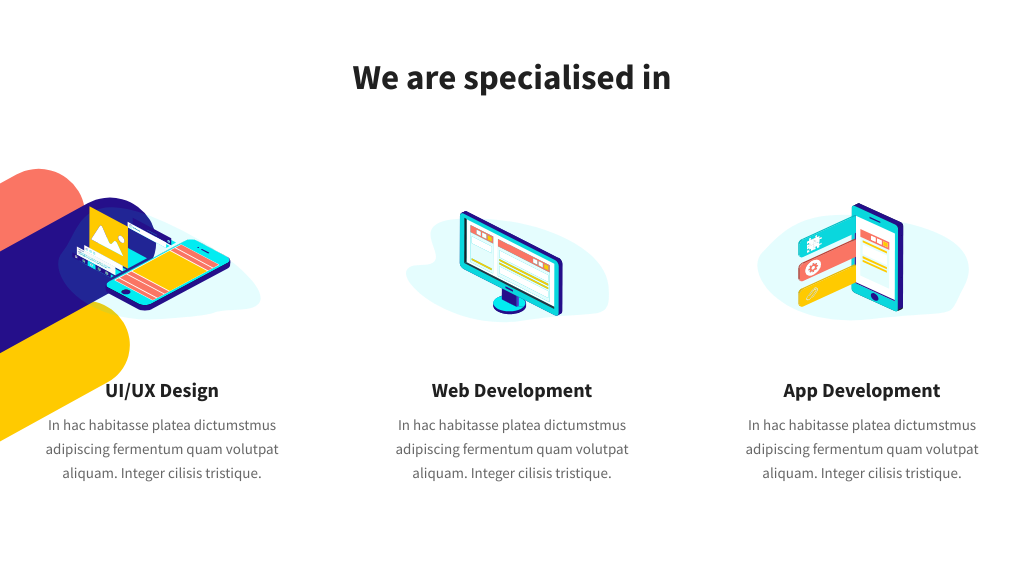
Repository: advert31337/marafon_from0to1_MartaUP
Page: index.html
An editor plug-in stored every save of this project. The page is shown before and after the next save, followed by the edit.
The browser window is 1024 px wide. The pictures show the part of the page from y = 793 to 1371 px (the page is 1371 px tall).

Above is the page before, as saved 2020-03-08 15:18:31.

### index.html
<!DOCTYPE html>
<html lang="en">

<head>
    <meta charset="UTF-8">
    <meta name="viewport" content="width=device-width, initial-scale=1.0">
    <title>Marafon MartaUP</title>
    <link href="https://fonts.googleapis.com/css?family=Source+Sans+Pro:400,600,700&display=swap" rel="stylesheet">
    <link rel="stylesheet" href="css/reset.css">
    <link rel="stylesheet" href="css/slick.css">
    <link rel="stylesheet" href="css/style.css">
</head>

<body>
    <header class="header">

        <div class="container">
            <div class="header__top">

                <div class="logo">
                    <a href="#!">+
                        <img src="images/logo.svg" alt="">
                    </a>
                </div>

                <nav class="menu">
                    <div class="menu__btn">
                        <span>

                        </span>
                    </div>
                    <ul class="menu__list">
                        <li><a class="menu__list-item" href="#">home</a></li>
                        <li><a class="menu__list-item" href="#">work</a></li>
                        <li><a class="menu__list-item" href="#">about</a></li>
                        <li><a class="menu__list-item" href="#">contact</a></li>
                    </ul>
                </nav>

                <div class="header-btn">
                    <a class="login" href="#">login</a>
                    <a class="sign-up" href="#">sign up</a>
                </div>

            </div>

            <div class="header-slider">
                <div class="header-slider__item">
                    <div class="header-slider__item-content">

                        <div class="header-slider__item-info">
                            <h3 class="header-slider__title">
                                We Build Apps & Websites
                                for Your Business
                            </h3>
                            <div class="header-slider__description">
                                For startups, For businesses & For you
                            </div>
                            <a href="" class="header-slider__btn">Request a quote</a>
                        </div>

                        <div class="header-slider__item-images">
                            <img src="images/slider-img.png" alt="">
                        </div>
                    </div>
                </div>


                <div class="header-slider__item">
                    <div class="header-slider__item-content">

                        <div class="header-slider__item-info">
                            <h3 class="header-slider__title">
                                We Build Apps & Websites
                                for Your Business
                            </h3>
                            <div class="header-slider__description">
                                For startups, For businesses & For you
                            </div>
                            <a href="" class="header-slider__btn">Request a quote</a>
                        </div>

                        <div class="header-slider__item-images">
                            <img src="images/slider-img.png" alt="">
                        </div>
                    </div>
                </div>


                <div class="header-slider__item">
                    <div class="header-slider__item-content">

                        <div class="header-slider__item-info">
                            <h3 class="header-slider__title">
                                We Build Apps & Websites
                                for Your Business
                            </h3>
                            <div class="header-slider__description">
                                For startups, For businesses & For you
                            </div>
                            <a href="" class="header-slider__btn">Request a quote</a>
                        </div>

                        <div class="header-slider__item-images">
                            <img src="images/slider-img.png" alt="">
                        </div>
                    </div>
                </div>


                <div class="header-slider__item">
                    <div class="header-slider__item-content">

                        <div class="header-slider__item-info">
                            <h3 class="header-slider__title">
                                We Build Apps & Websites
                                for Your Business
                            </h3>
                            <div class="header-slider__description">
                                For startups, For businesses & For you
                            </div>
                            <a href="" class="header-slider__btn">Request a quote</a>
                        </div>

                        <div class="header-slider__item-images">
                            <img src="images/slider-img.png" alt="">
                        </div>
                    </div>
                </div>


                <div class="header-slider__item">
                    <div class="header-slider__item-content">

                        <div class="header-slider__item-info">
                            <h3 class="header-slider__title">
                                We Build Apps & Websites
                                for Your Business
                            </h3>
                            <div class="header-slider__description">
                                For startups, For businesses & For you
                            </div>
                            <a href="" class="header-slider__btn">Request a quote</a>
                        </div>

                        <div class="header-slider__item-images">
                            <img src="images/slider-img.png" alt="">
                        </div>
                    </div>
                </div>
            </div>

        </div>

    </header>

    <section class="specialised">
        <div class="container">
            <div class="specialised__title title">
                We are specialised in
            </div>
            <div class="specialised__items">
                <div class="specialised__item">
                    <div class="specialised__item-img">
                        <img src="images/specialise-1.svg" alt="">
                    </div>

                    <div class="specialise__item-title">
                        UI/UX Design
                    </div>
                    <div class="specialise__item-text">
                        In hac habitasse platea dictumstmus adipiscing fermentum quam volutpat aliquam. Integer cilisis tristique.
                    </div>
                </div>
                <div class="specialised__item">
                    <div class="specialised__item-img">
                        <img src="images/specialise-2.svg" alt="">
                    </div>
                    <div class="specialise__item-title">
                        Web Development
                    </div>
                    <div class="specialise__item-text">
                        In hac habitasse platea dictumstmus adipiscing fermentum quam volutpat aliquam. Integer cilisis tristique.
                    </div>
                </div>
                <div class="specialised__item">
                    <div class="specialised__item-img">
                        <img src="images/specialise-3.svg" alt="">
                    </div>
                    <div class="specialise__item-title">
                        App Development
                    </div>
                    <div class="specialise__item-text">
                        In hac habitasse platea dictumstmus adipiscing fermentum quam volutpat aliquam. Integer cilisis tristique.
                    </div>
                </div>
            </div>
        </div>
    </section>

    <!-- <section class="advantages">
        <div class="container">

            <div class="advantages-box">
                <div class="advantages-box__info">
                    <div class="advantages-box__title">
                        Experienced Designers & Developers
                    </div>
                    <div class="advantages-box__text">
                        <p>
                            Nam dapibus nisl vitae elit fringilla rutrum. Aenean sollicitudin, erat a elementum rutrum, neque sem pretium metus, quis mollis nisl nunc et massa.
                        </p>
                        <p>
                            Vestibulum sed metus in lorem tristique ullamcorper id vitae erat.
                        </p>
                    </div>
                </div>

                <div class="advantages-box__img">
                    <img src="images/advantages-1.png" alt="">
                </div>
            </div>

            <div class="advantages-box advantages-box--right">
                <div class="advantages-box__info">
                    <div class="advantages-box__title">
                        Information Architect &
                        Visual Prototyping
                    </div>
                    <div class="advantages-box__text">
                        <p>
                            Nam dapibus nisl vitae elit fringilla rutrum. Aenean sollicitudin, erat a elementum rutrum, neque sem pretium metus, quis mollis nisl nunc et massa.
                        </p>
                        <p>
                            Vestibulum sed metus in lorem tristique ullamcorper id vitae erat. Nulla mollis sapien sollicitudin lacinia lacinia. Nam dapibus nisl vitae elit fringilla rutrum. Aenean sollicitudin, erat a elementum rutrum, neque sem pretium metus, quis mollis nisl nunc et massa
                        </p>
                    </div>
                </div>
                <div class="advantages-box__img">
                    <img src="images/advantages-2.png" alt="">
                </div>
            </div>

            <div class="advantages-box">
                <div class="advantages-box__info advantages-box__info--bg">
                    <div class="advantages-box__title">
                        Idea Generation & Foundation
                    </div>
                    <div class="advantages-box__text">
                        <p>
                            Nam dapibus nisl vitae elit fringilla rutrum. Aenean sollicitudin, erat a elementum rutrum, neque sem pretium metus, quis mollis nisl nunc et massa. Nam dapibus nisl vitae elit fringilla rutrum. Aenean sollicitudin, erat a elementum rutrum, neque sem pretium metus, quis mollis nisl nunc et massa    Vestibulum sed metus in lorem tristique ullamcorper id vitae erat. Nulla mollis sapien sollicitudin lacinia lacinia. Nam dapibus nisl vitae elit fringilla rutrum. Aenean sollicitudin, erat a elementum rutrum, neque sem pretium metus, quis mollis nisl nunc et massa
                        </p>
                    </div>
                </div>

                <div class="advantages-box__img">
                    <img src="images/advantages-3.png" alt="">
                </div>
            </div>
        </div>
    </section> -->

    <!-- <section class="reviews">
        <div class="container">
            <div class="reviews__title title">
                Don’t Just Take Our Words
            </div>
            <div class="reviews__items">

                <div class="reviews__item">
                    <div class="reviews__item-head">
                        <img src="images/rev-1.jpg" alt="">
                        <div class="reviews__item-info">
                            <div class="reviews__item-name">
                                Arakat Bank
                            </div>
                            <div class="reviews__item-position">
                                International Bank Ltd.
                            </div>
                        </div>
                    </div>
                    <div class="reviews__item-text">
                        Fusce vehicula dolor arcu, sit amet blandit dolor mollis nec. Donec viverra eleifend lacus, vitae ullamcorper metus. Sed sollicitudin ipsum.
                    </div>
                </div>

                <div class="reviews__item">
                    <div class="reviews__item-head">
                        <img src="images/rev-2.jpg" alt="">
                        <div class="reviews__item-info">
                            <div class="reviews__item-name">
                                Chrsitopher Company Ltd.
                            </div>
                            <div class="reviews__item-position">
                                Design & Development
                            </div>
                        </div>
                    </div>
                    <div class="reviews__item-text">
                        Fusce vehicula dolor arcu, sit amet blandit dolor mollis nec. Donec viverra eleifend lacus, vitae ullamcorper metus. Sed sollicitudin ipsum.
                    </div>
                </div>

                <div class="reviews__item">
                    <div class="reviews__item-head">
                        <img src="images/rev-3.jpg" alt="">
                        <div class="reviews__item-info">
                            <div class="reviews__item-name">
                                Jigsawlab Studio Inc.
                            </div>
                            <div class="reviews__item-position">
                                Interactive Prototyping
                            </div>
                        </div>
                    </div>
                    <div class="reviews__item-text">
                        Fusce vehicula dolor arcu, sit amet blandit dolor mollis nec. Donec viverra eleifend lacus, vitae ullamcorper metus. Sed sollicitudin ipsum.
                    </div>
                </div>

            </div>
        </div>
    </section> -->

    <!-- <footer class="footer">
        <div class="container">
            <div class="footer__inner">
                <div class="footer__link">
                    <a href="#">About Martaup</a>
                    <a href="#">Help</a>
                    <a href="#">Privacy Policy</a>
                </div>
                <div class="footer__copy">
                    © 2013-2018 All rights reserved.
                </div>
            </div>
        </div>
    </footer> -->


    <script src="https://ajax.googleapis.com/ajax/libs/jquery/3.4.1/jquery.min.js"></script>
    <script src="js/slick.min.js"></script>
    <script src="js/main.js"></script>
</body>

</html>

### css/style.css
*{
    box-sizing: border-box;
}

body {
    font-family: 'Source Sans Pro', sans-serif;
    font-size: 15px;
    line-height: 24px;
}

a {
    text-decoration: none;
    color: inherit;
}
.header {
    background-image: url('../images/header-bg.jpg');
    min-height: 793px;
    background-repeat: no-repeat;
    background-size: cover;
    background-position: top center;
}

.container {
    max-width: 1200px;
    margin: 0 auto;
    padding: 0 15px 0 15px;

}

.header__top {
    display: flex;
    justify-content: space-between;
    height: 100px;
    align-items: center;
}

.menu__list {
    display: flex;
}

.menu__list li + li {
    padding-left: 50px;

}

.login {
    margin-right: 44px;
    color: #fff;
    text-transform: uppercase;
    font-weight: 600;
}

.menu__list a{
    opacity: 0.5;
    color: #fff;
    font-weight: 600;
    text-transform: uppercase;
    transition: all 0.5s;
}

.menu__list a:hover {
    opacity: 1;
}

.sign-up {
    text-transform: uppercase;
    color: #250f8a;
    font-weight: 600;
    background-color: #fff;
    padding: 8px 43px;
    border-radius: 20px;

}

.header-slider {
    padding-top: 111px;
}
.header-slider__item {

}
.header-slider__item-content {
    display: flex;
    justify-content: space-between;
}
.header-slider__item-info {
    max-width: 506px;
    color:#fff;
}
.header-slider__title {
    font-weight: 700;
    font-size: 45px;
    line-height: 60px;
    margin-bottom: 10px;
}
.header-slider__description {
    line-height: 55px;
    font-size: 24px;
    margin-bottom: 60px;
}
.header-slider__btn {
    font-weight: 600;
    text-transform: uppercase;
    color: #250F8A;
    padding: 13px 39px;
    background-color: #FFCA00;
    border-radius: 25px;
}
.header-slider__item-images {
    margin: 10px 82px 0 0;
}

.header-dots{
    list-style: none;
    position: absolute;
    right: 0;
    top: 50%;
    transform: translateY(-50%)
}

.header-dots button {
    border: none;
    background-color: #fff;
    opacity: 0.5;
    font-size: 0;
    padding: 0;
    width: 7px;
    height: 7px;
    border-radius: 3.5px;
    cursor: pointer;
    outline: none;
    margin: 10px auto;
    display: block;
}

.header-dots .slick-active button{
    width: 15px;
    opacity: 1;
}

.specialised{
    padding: 55px 0 93px;
    background-image: url(../images/special-bg.svg);
    background-position: left bottom;
    background-repeat: no-repeat;
    color: #202020;
    text-align: center;
}

.specialised__title {
    margin-bottom: 96px;
}
.title {
    font-size: 35px;
    line-height: 45px;
    font-weight: 700;
    text-align: center;
}

.specialised__items {
    display: flex;
    justify-content: space-between;
    max-width: 980px;
    margin: 0 auto;

}
.specialised__item {
    width: 280px;
}
.specialised__item-img {
    margin-bottom: 23px;
    min-height: 159px;
}
.specialise__item-title {
    margin-bottom: 11px;
    font-size: 20px;
    font-weight: 700;
}
.specialise__item-text {
   padding: 0 10px;
   color: #272727;
   opacity: 0.7;
}


.advantages {
    padding-top: 64px;
    background: #f4f9fd;
    background-image: url(../images/advantages-bg.svg);
    background-repeat: no-repeat;
    background-position: center right;
}

.advantages-box {
    display: flex;
    justify-content: space-between;
    padding-bottom: 76px;
}

 .advantages-box--right .advantages-box__info{
    order: 1;
    background-image: url(../images/title-bg-2.svg);
    background-position: 22px 130px;
}
.advantages-box__info {
    max-width: 455px;
    padding-top: 60px;
    background-image: url(../images/title-bg-1.svg);
    background-repeat: no-repeat;
    background-position: 22px 76px;
}

.advantages-box__info--bg{
    background-image: url(../images/title-bg-3.svg);
    background-position: 5px 105px;
}


.advantages-box__title {
    color: #202020;
    font-size: 35px;
    line-height: 45px;
    font-weight: 700;
    padding: 68px 0 15px 48px;

}
.advantages-box__text {
    padding-left: 48px;
    color: #272727;
}

.advantages-box__text p{
    margin: 12px 0;
}


.reviews {
    background-image: url(../images/reviews-bg.jpg);
    background-repeat: no-repeat;
    background-position: top center;
    background-size: cover;
    padding: 38px 53px;
}

.reviews__title {
    color: #fff;
    margin: 0 auto 48px;
    max-width: 384px;
}
.reviews__items {
    max-width: 940px;
    margin: 0 auto;
    display: flex;
    justify-content: space-between;
}
.reviews__item {
    width: 300px;
    border-radius: 5px;
    background-color: rgba(255, 255, 255, .2);
    padding: 35px 20px;
    color: #fff;
}
.reviews__item-head {
    margin-bottom: 13px;
    display: flex;
}

.reviews__item-head img{
    border-radius: 50%;
    margin-right: 20px;
}

.reviews__item-name {
    font-weight: 600;
}
.reviews__item-position {
    opacity: .5;
}
.reviews__item-text {
    text-align: center;
    padding-top: 39px;
    position: relative;
}

.reviews__item-text::before{
    content: "“";
    font-size: 40px;
    line-height: 55px;
    font-weight: 700;
    position: absolute;
    top: 0;
    left: 0;
    right: 0;
}

.footer{

}

.footer__inner {
    display: flex;
    justify-content: space-between;
    align-items: center;
    height: 61px;
    color: #272727;
    padding: 0 40px;
}
.footer__link a + a {
    margin-left: 20px;
}

@media (max-width: 1190px){
    .header-slider__item-images{
        margin: 50px 20px 0 0;
    }
    .header-slider__item-images img{
        width: 80%;
    }
    .header-slider__item-info{
        padding: 50px 0;
    }

    .header-slider{
        padding-top: 25px;
    }
}


@media (max-width: 924px){
    .header__top{
        flex-wrap: wrap;
    }

    .header-btn{
        width: 100%;
        text-align: right;
    }

    .login{
        margin-right: 30px;
    }

}

@media (max-width: 900px){
    .header-slider__item-images{
        display: none;
    }
}


@media (max-width: 570px) {
    .menu__list{
        display: none;
        position: absolute;
        top: 120px;
        left: 0;
        text-align: center;
        width: 100%;
        background-color: #1a50a8;
        z-index: 5;
    }

    .menu__list li + li{
        padding-left: 0;
    }

    .menu__list a{
        display: block;
        padding: 10px;
    }

    .menu__btn{
        width: 30px;
        height: 20px;
        position: relative;

    }

    .menu__btn span{
        width: 100%;
        height: 2px;
        background-color: #fff;
        top:9px;
        position: absolute;
    }

    .menu__btn::after,
    .menu__btn::before{
        content: "";
        height: 2px;
        width: 100%;
        background-color: #fff;
        position: absolute;
    }

    .menu__btn::after{
        top: 0;
    }

    .menu__btn::before{
        bottom: 0;
    }

    .header-slider__item-info{
        padding: 10px 30px 10px 0;
    }

    .header{
        min-height: 580px;
    }

    .header-slider__description{
        margin-bottom: 20px;
        font-size: 20px;
        line-height: 35px;
    }

    .header-slider__title{

        font-size: 35px;
        line-height: 45px;

    }



}

@media (min-width: 570px){
    .menu__list{
        display: flex !important;
    }

}

### js/main.js
$(function(){
    $('.header-slider').slick({
        arrows: false,
        vertical: true,
        dots: true,
        dotsClass: 'header-dots',
        autoplay: 2000,

    })

    $('.menu__btn').on('click', function(){
        $('.menu__list').slideToggle()
    })
})

Loaded but not shown: css/reset.css (common file); css/slick.css (common file); js/slick.min.js (library)

After the next save:
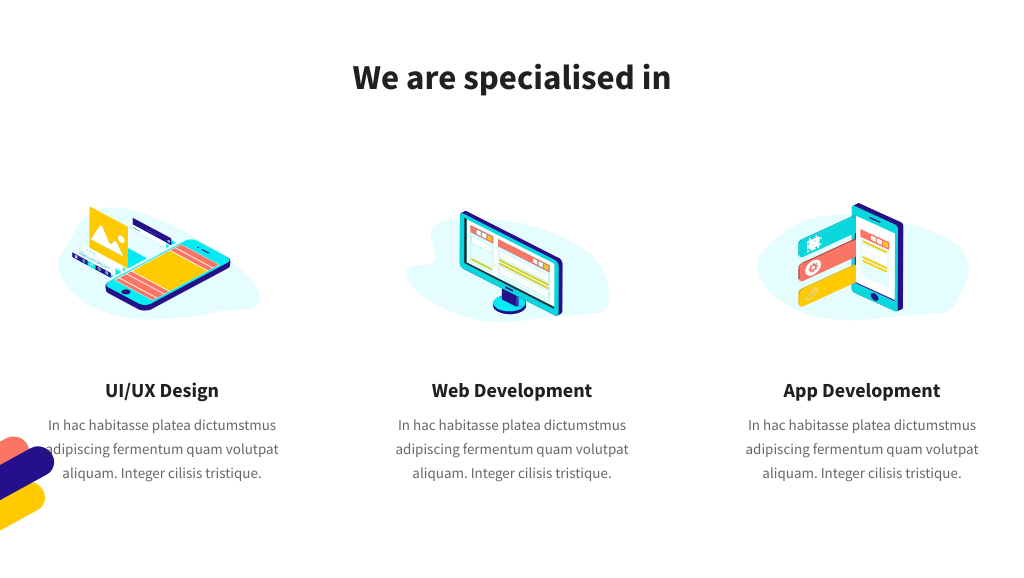
Saved 2 min 41 s later.
--- a/css/style.css
+++ b/css/style.css
@@ -308,6 +308,15 @@ a {
     margin-left: 20px;
 }
 
+
+
+
+@media (max-width: 1201px){
+    .specialised{
+        background-size: 60px;
+    }
+}
+
 @media (max-width: 1190px){
     .header-slider__item-images{
         margin: 50px 20px 0 0;
